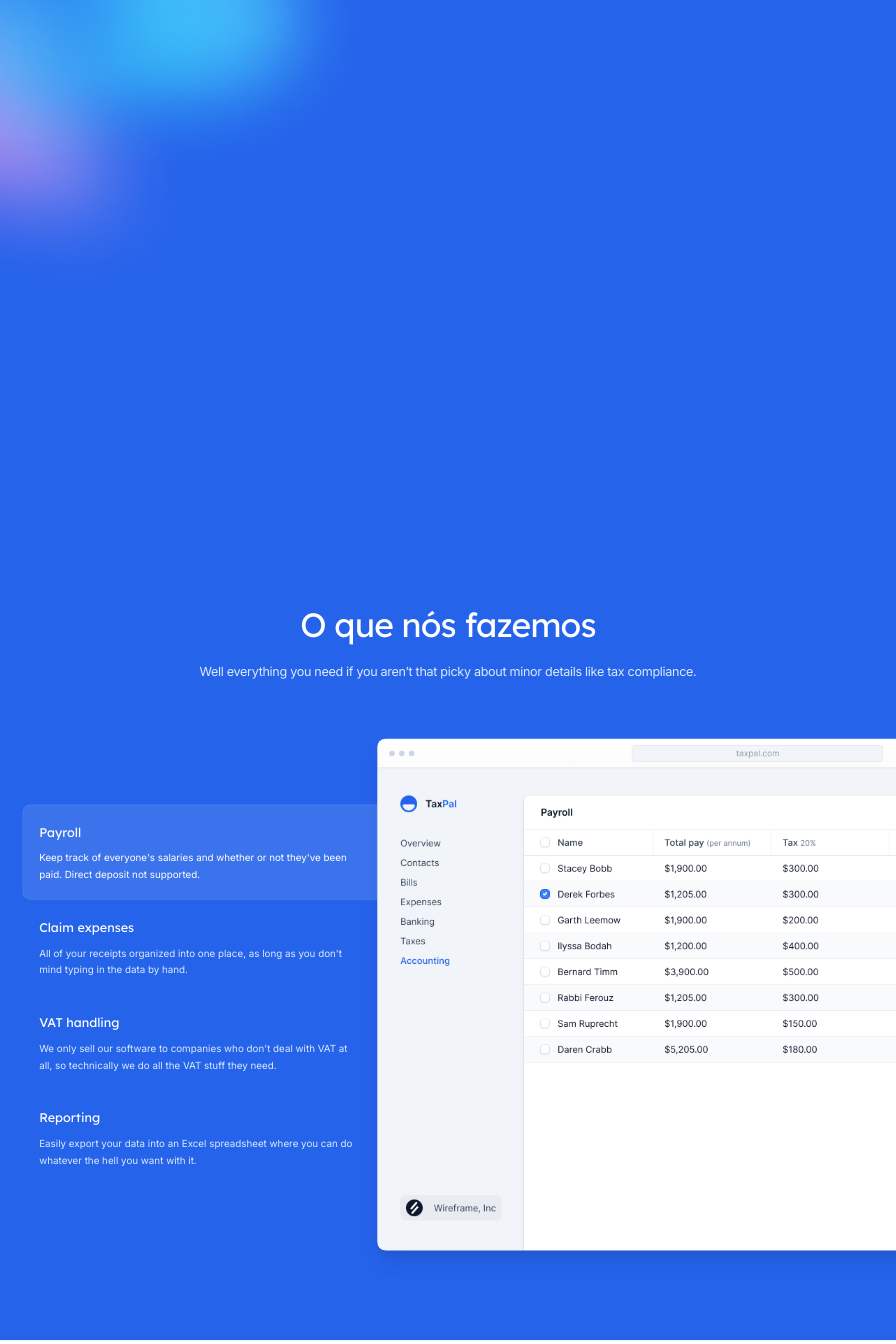
Repository: LuisSempre/imaginative
Page: /
The author's editor kept a copy of each file at every save. The page is drawn from the files as they stood at one save, then again after a run of saves.
The browser window is 1280 px wide. The pictures show the part of the page from y = 1148 to 3068 px (the page is 9918 px tall), at 70% of full size.
The project was rebuilt for these pictures with package versions that can differ from the ones it lists, and the page was loaded fresh each time. The framework's server and built-in components were replaced by stand-ins that run in the browser. Also part of the build but not shown: next.config.js.

Above is the page before, as saved 2022-07-15 09:20:25.

After the next 2 saves:
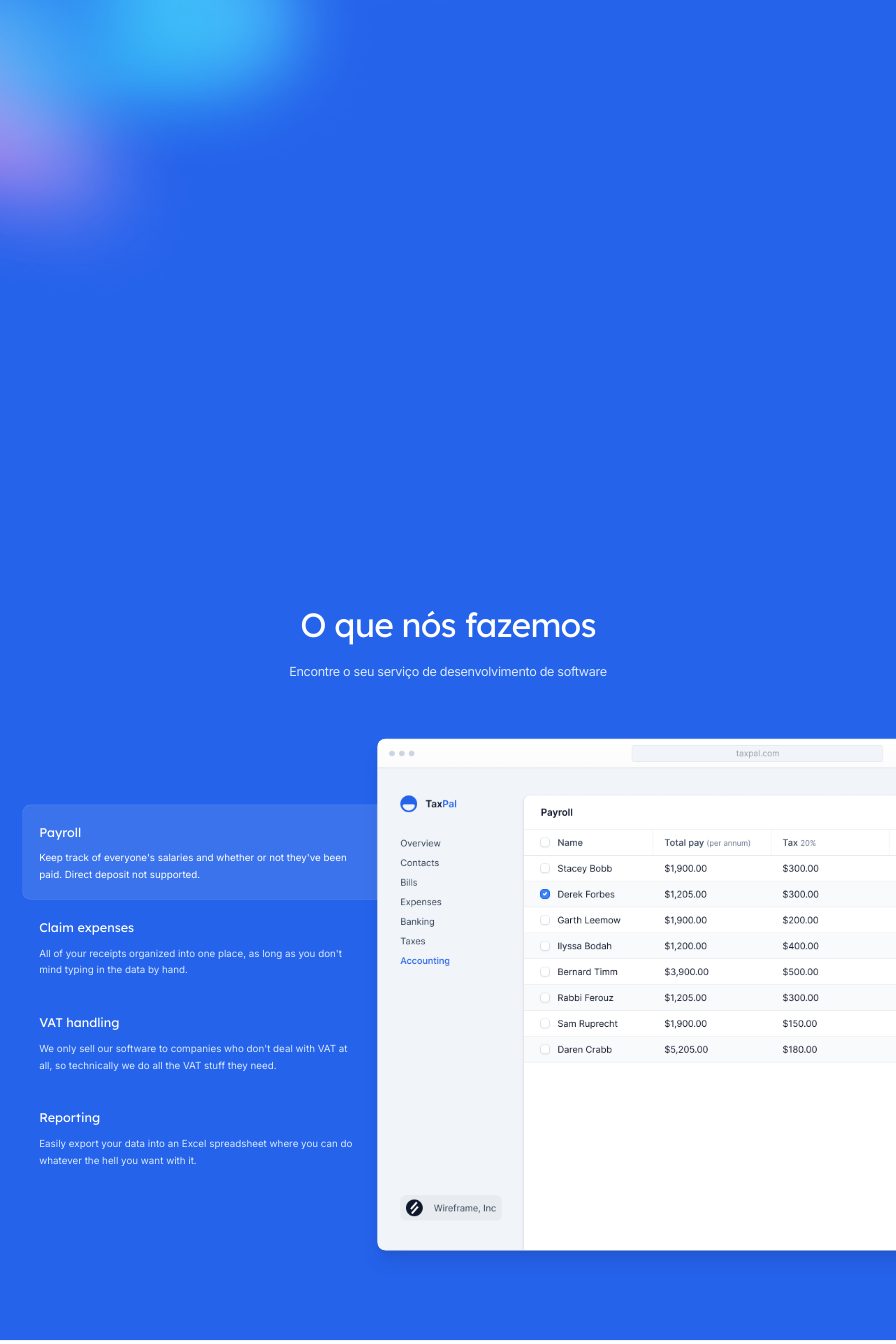
The 2 saves are shown as one change because they came seconds apart.
The last was saved 2 min 15 s later.
--- a/src/components/PrimaryFeatures.jsx
+++ b/src/components/PrimaryFeatures.jsx
@@ -75,8 +75,7 @@
             O que nós fazemos
           </h2>
           <p className="mt-6 text-lg tracking-tight text-blue-100">
-            Well everything you need if you aren’t that picky about minor
-            details like tax compliance.
+            Encontre o seu serviço de desenvolvimento de software
           </p>
         </div>
         <Tab.Group
